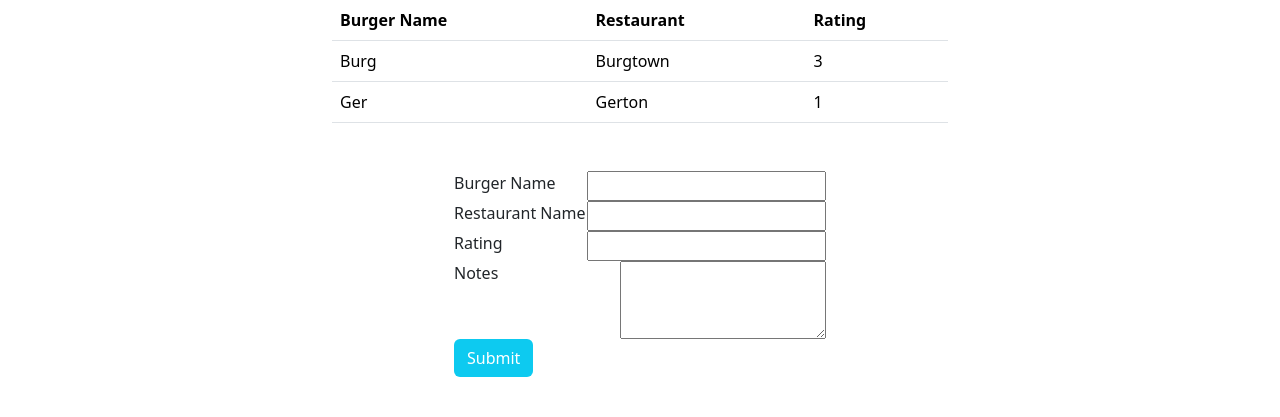
Repository: Hokusai12/Java_Dojo
Page: http://localhost/burgertracker/WEB-INF/index.jsp
These files come from the project's save history. The page is drawn as it stood at one moment and after the next save; the edit follows.
The browser window is 1280 px wide. The pictures show the whole page.
The page is served by Tomcat 9. Nobody is signed in. Other server files are loaded and not shown. The template is opened directly, without the code that normally fills it, so the values that code supplies are empty.

Above is the page before, as saved 2023-03-05 18:24:25.

### Spring/MVC/burgertracker/src/main/webapp/WEB-INF/index.jsp
<%@ page language="java" contentType="text/html; charset=ISO-8859-1"
    pageEncoding="ISO-8859-1"%>
<%@ taglib prefix="c" uri="http://java.sun.com/jsp/jstl/core" %>
<!DOCTYPE html>
<html>
<head>
<meta charset="ISO-8859-1">
<link href="https://cdn.jsdelivr.net/npm/bootstrap@5.3.0-alpha1/dist/css/bootstrap.min.css" rel="stylesheet" integrity="sha384-GLhlTQ8iRABdZLl6O3oVMWSktQOp6b7In1Zl3/Jr59b6EGGoI1aFkw7cmDA6j6gD" crossorigin="anonymous">
<title>Burgerator</title>
</head>
<body>
	<div class="container col-6">
		<table class="table">
			<thead>
				<tr>
					<th>Burger Name</th>
					<th>Restaurant</th>
					<th>Rating</th>
				</tr>
			</thead>
			<tbody>
				<tr>
					<td>Burg</td>
					<td>Burgtown</td>
					<td>3</td>
				</tr>
				<tr>
					<td>Ger</td>
					<td>Gerton</td>
					<td>1</td>
				</tr>
			</tbody>
		</table>
	</div>
	<div class="container d-flex justify-content-around mt-5">
		<form class="col-4" action="">
			<div class="d-flex justify-content-between">
				<label for="name">Burger Name</label>
				<input type="text" name="name"/>
			</div>
			<div class="d-flex justify-content-between">
				<label for="restaurant">Restaurant Name</label>
				<input type="text" name="restaurant"/>
			</div>
			<div class="d-flex justify-content-between">
				<label for="rating">Rating</label>
				<input type="text" name="rating"/>
			</div>
			<div class="d-flex justify-content-between">
				<label for="notes">Notes</label>
				<textarea name="notes" id="notes" cols="20" rows="3"></textarea>
			</div>
			<input class="btn bg-info text-white" type="submit" value="Submit"/>
		</form>
	</div>
</body>
</html>

After the next save:
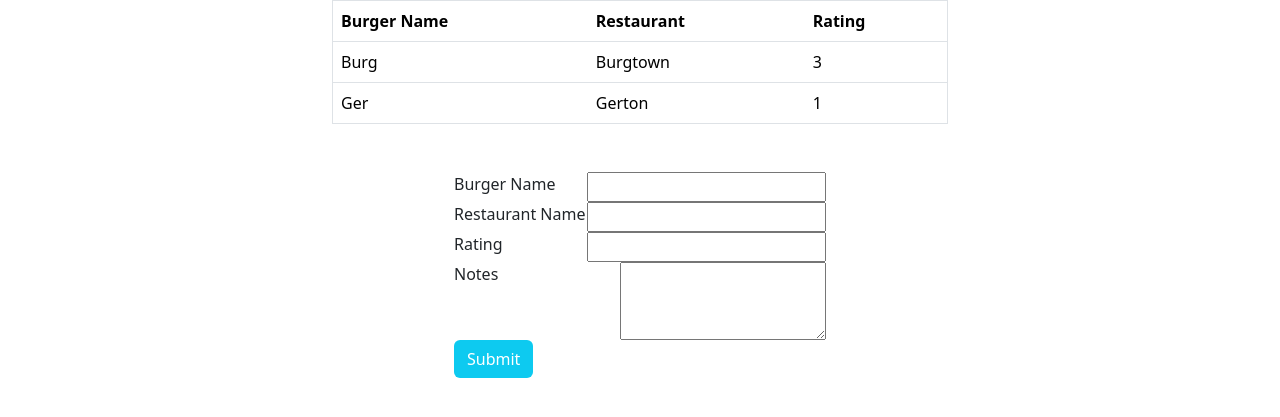
Saved 19 s later.
--- a/Spring/MVC/burgertracker/src/main/webapp/WEB-INF/index.jsp
+++ b/Spring/MVC/burgertracker/src/main/webapp/WEB-INF/index.jsp
@@ -10,7 +10,7 @@
 </head>
 <body>
 	<div class="container col-6">
-		<table class="table">
+		<table class="table border">
 			<thead>
 				<tr>
 					<th>Burger Name</th>
